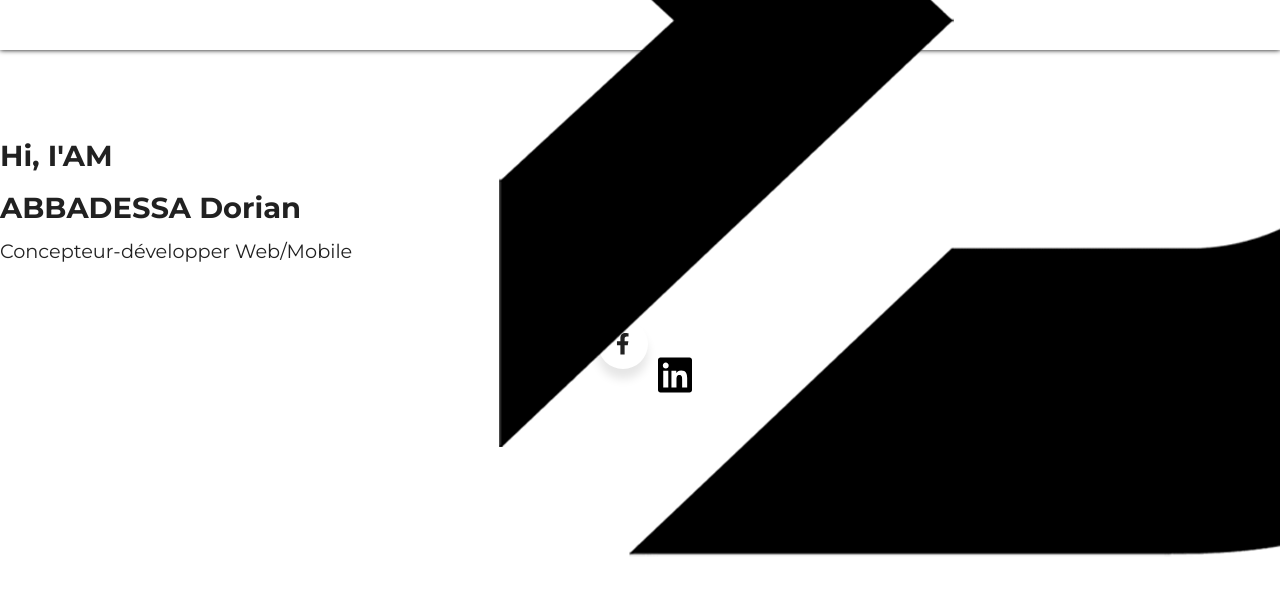
Repository: DorianABDS/Portfolio-ABBADESSA-Dorian
Page: index.html
The author's editor kept a copy of each file at every save. The page is drawn from the files as they stood at one save, then again after the next save.
The browser window is 1280 px wide. The pictures show the window.
A layer covers the whole window, so only the first screen is drawn.

Above is the page before, as saved 2024-11-27 23:02:20.

### index.html
<!DOCTYPE html>
<html lang="fr">
<head>
    <meta charset="UTF-8">
    <meta name="viewport" content="width=device-width, initial-scale=1.0">
    <meta charset="UTF-8">
    <meta name="viewport" content="width=device-width, initial-scale=1.0">
    <meta name="keywords" content="Portfolio, ABBADESSA Dorian, Web developper">
    <title>ABBADESSA Dorian - Portfolio</title>
    <link rel="shortcute icon" href="/src/img/Logo Div.png">
    <link rel="stylesheet" href="style.css">
</head>
<body>
    <header class="header">
        <nav class="navbar">
            <a href="index.html" class="logo"><img src="/src/img/Logo plat Div noir.png" alt=""></a>
            <div class="nav-links">
                <ul>
                    <li><a href="index.html">Accueil</a></li>
                    <li><a href="articles.html">Articles</a></li>
                    <li><a href="apropos.html">À propos</a></li>
                    <li><a href="contact.html">Contact</a></li>
                </ul>
            </div>
            <img src="/src/img/bars-solid.svg" alt="menu hamburger" class="menu-hamburger">
        </nav>
        <!-- <div class="social">
            <a href="#" title="Facebook"><img src="/src/img/icone Github.png" alt=""></a>
            <a href="#" title="Twitter"><img src="src/img/icone Linkedin.png" alt=""></a>
        </div> -->
    </header>
    <main>
        <section class="accueil">
            <div class="container-accueil">
                <h2>Hi, I'AM</h2>
                <h1><span>ABBADESSA Dorian</span></h1>
                <p>Concepteur-développer Web/Mobile</p>
                <div class="social">
                  <ul class="wrapper">
                    <li class="icon facebook">
                      <span class="tooltip">Facebook</span>
                      <svg
                        viewBox="0 0 320 512"
                        height="1.2em"
                        fill="currentColor"
                        xmlns="http://www.w3.org/2000/svg"
                      >
                        <path
                          d="M279.14 288l14.22-92.66h-88.91v-60.13c0-25.35 12.42-50.06 52.24-50.06h40.42V6.26S260.43 0 225.36 0c-73.22 0-121.08 44.38-121.08 124.72v70.62H22.89V288h81.39v224h100.17V288z"
                        ></path>
                      </svg>
                    </li>
                    <li class="icon-linkedin">
                      <span class="tooltip">Twitter</span>
                      <svg
                        height="1.8em"
                        fill="currentColor"
                        viewBox="0 0 48 48"
                        class="linkedin">
                        <img src="/src/img/linkedin-brands-solid.svg" alt="">
                      </svg>
                    </li>
                  </ul>
        </section>
        <section class="about-me">
            <div class="container-about-me">
                <h2>Présentation</h2>
                <h1><span>À propos de moi</span></h1>
            </div>
            <div class="card-about-me"></div>
            <div class="texte-about-me"><p>🌍 Étudiant en première année de <span>bachelor en développement web</span> à <span>LaPlateforme</span> à Martigues, étant très <span>créatif</span> et <span>optimiste</span>
              <br>
              🎯 Mon <span>objectif</span> est de rechercher une <span>alternance</span> dans le but de perfectionner mes <span>compétences techniques</span> en développement web et mobile, en vue de mettre en pratique ces compétences pour  concevoir des interfaces modernes, fonctionnelles et adaptées aux besoins des utilisateurs. J’ai pour <span>objectif</span> de devenir un <span>concepteur d’application web et mobile</span>.
              <br>
              🧠 J’aime partager mes <span>connaissances</span>, travailler sur tout type de <span>projets</span> ainsi que mener à bien les <span>missions</span> qui me sont <span>confiés</span>.
              <br>
              Bienvenue sur mon <span>portfolio</span>, je vous y invite et vous ouvres les portes de mon <span>univer</span>.
              </p></div>
        </section>
        <button class="button-cv">
            <svg
                width="24"
                height="24"
                viewBox="0 0 24 24"
                fill="none"
                xmlns="http://www.w3.org/2000/svg"
                >
                <path
                    d="M11 5C11 4.44772 11.4477 4 12 4C12.5523 4 13 4.44772 13 5V12.1578L16.2428 8.91501L17.657 10.3292L12.0001 15.9861L6.34326 10.3292L7.75748 8.91501L11 12.1575V5Z"
                    fill="currentColor"
                />
                <path
                    d="M4 14H6V18H18V14H20V18C20 19.1046 19.1046 20 18 20H6C4.89543 20 4 19.1046 4 18V14Z"
                    fill="currentColor"
                />
                </svg>
            Download CV
          </button>
    </div>
    </main>
</body>
<script>
    const menuHamburger = document.querySelector(".menu-hamburger")
    const navLinks = document.querySelector(".nav-links")

    menuHamburger.addEventListener('click',()=>{
    navLinks.classList.toggle('mobile-menu')
    })
</script>
</html>

### style.css
@font-face {
    font-family: "Montserrat";
    src: url(/src/font/Montserrat-VariableFont_wght.ttf);
}

* {
    margin: 0;
    padding: 0;
    text-decoration: none;
    list-style: none;
    box-sizing: border-box;

}

html, body {
    font-size: 19.3px;
    color: rgba(0, 0, 0, .87);
    background-color: #fff;
    font-family: "Montserrat", sans-serif;
    line-height: 1.8;
    font-weight: 400;
}

.navbar {
    background: rgb(255, 255, 255);
    box-shadow: 0 0 5px rgb(0, 0, 0);;
    top: 0;
    left: 0;
    height: 50px;
    width: auto;
    position: fixed;
    padding-left: 30px;
    padding-right: 61px;
    width: 100%;
    display: flex;
    justify-content: space-between;
    align-items: center;
    z-index: 100;
}

.navbar a {
    color: #292929;
    font-weight: 700;
    display: inline;
}

.navbar .nav-links ul li a::after {
    content: "";
    display: block;
    height: 2px;
    background: rgb(255, 255, 255);
    transform: scale(0);
    transition: transform 0.2s ease-in-out;
}

.navbar .nav-links ul li a:hover::after {
    transform: scale(1);
}

.navbar .logo {
    transform: none;
    font-weight: 700;
}

.navbar .nav-links ul {
    display: flex;
    align-items: center;
}

.navbar .nav-links ul li {
    display: flex;
    margin: 0 25px;
}

.navbar .nav-links ul li img {
    display: flex;
    padding: -20px;
    margin-left: -23px;
}

.navbar .menu-hamburger {
    display: none;
    position: absolute;
    top: 8px;
    right: 30px;
    width: 30px;
}

.accueil {
    padding-top: 80px;
    margin-top: 50px;
    width: 100%;
    height: 100vh;
}

.button-cv {
    border: none;
    display: flex;
    margin-right: 20px;
    padding: 0.75rem 1.5rem;
    background: linear-gradient(90deg, rgba(255,50,50,1) 0%, rgba(255,136,0,1) 100%);
    color: #ffffff;
    font-size: 0.75rem;
    line-height: 1rem;
    font-weight: 700;
    text-align: center;
    cursor: pointer;
    text-transform: uppercase;
    vertical-align: middle;
    align-items: center;
    border-radius: 0.5rem;
    user-select: none;
    gap: 0.75rem;
    box-shadow:
      0 4px 6px -1px #488aec31,
      0 2px 4px -1px #488aec17;
    transition: all 0.6s ease;
  }

  .button-cv:hover {
    box-shadow:
      0 10px 15px -3px #488aec4f,
      0 4px 6px -2px #488aec17;
  }

  .button-cv:focus,
  .button-cv:active {
    opacity: 0.85;
    box-shadow: none;
  }

  .button-cv svg {
    width: 1.25rem;
    height: 1.25rem;
  }

.about-me {
    display: flex;
    justify-content: center;
    text-align: center;
  }

  .wrapper {
    display: inline-flex;
    list-style: none;
    height: 120px;
    width: 100%;
    padding-top: 40px;
    font-family: "Poppins", sans-serif;
    justify-content: center;
  }

  .wrapper .icon {
    position: relative;
    background: #fff;
    border-radius: 50%;
    margin: 10px;
    width: 50px;
    height: 50px;
    font-size: 18px;
    display: flex;
    justify-content: center;
    align-items: center;
    flex-direction: column;
    box-shadow: 0 10px 10px rgba(0, 0, 0, 0.1);
    cursor: pointer;
    transition: all 0.2s cubic-bezier(0.68, -0.55, 0.265, 1.55);
  }

  .wrapper .tooltip {
    position: absolute;
    top: 0;
    font-size: 14px;
    background: #fff;
    color: #fff;
    padding: 5px 8px;
    border-radius: 5px;
    box-shadow: 0 10px 10px rgba(0, 0, 0, 0.1);
    opacity: 0;
    pointer-events: none;
    transition: all 0.3s cubic-bezier(0.68, -0.55, 0.265, 1.55);
  }

  .wrapper .tooltip::before {
    position: absolute;
    content: "";
    height: 8px;
    width: 8px;
    background: #fff;
    bottom: -3px;
    left: 50%;
    transform: translate(-50%) rotate(45deg);
    transition: all 0.3s cubic-bezier(0.68, -0.55, 0.265, 1.55);
  }

  .wrapper .icon:hover .tooltip {
    top: -45px;
    opacity: 1;
    visibility: visible;
    pointer-events: auto;
  }

  .wrapper .icon:hover span,
  .wrapper .icon:hover .tooltip {
    text-shadow: 0px -1px 0px rgba(0, 0, 0, 0.1);
  }

  .wrapper .facebook:hover,
  .wrapper .facebook:hover .tooltip,
  .wrapper .facebook:hover .tooltip::before {
    background: #1877f2;
    color: #fff;
  }

  .wrapper .twitter:hover,
  .wrapper .twitter:hover .tooltip,
  .wrapper .twitter:hover .tooltip::before {
    background: #1da1f2;
    color: #fff;
  }

  .wrapper .instagram:hover,
  .wrapper .instagram:hover .tooltip,
  .wrapper .instagram:hover .tooltip::before {
    background: #e4405f;
    color: #fff;
  }

@media  screen and (max-width: 814px) {
    html, body {
        padding: 0 20px;
    }

    .navbar .menu-hamburger {
        display: block;
    }

    .nav-links.mobile-menu {
        margin-left: 0;
    }

    .navbar {
        padding: 0;
    }

    .navbar .logo {
        padding-left: 20px;
    }

    .navbar .logo img {
        display: flex;
        align-items: center;
        width: 50px;
    }

    .nav-links {
        position: absolute;
        background-color: #ffffff90;
        backdrop-filter: blur(8px);
        top: 0;
        left: 0;
        width: 100%;
        height: 100vh;
        display: flex;
        justify-content: center;
        align-items: center;
        margin-left: 100%;
        transition: all 0.5s ease;
    }

    .nav-links ul {
        display: flex;
        flex-direction: column;
        align-items: center;
    }

    .navbar .nav-links ul li {
        margin: 15px 0;
        font-size: 1.2em;
    }

    .accueil {
        height: 100%;
    }

    .accueil h2 {
        font-size: 22px;
        font-weight: 600;
        color: #292929;
    }

    .accueil h1 {
        display: inline-block;
        line-height: 100%;
        font-size: 40px;
        letter-spacing: -2px;
        font-weight: 800;
        background: linear-gradient(90deg, rgba(255,50,50,1) 0%, rgba(255,136,0,1) 100%);
        -webkit-background-clip: text;
        -webkit-text-fill-color: transparent;
    }

    .accueil p {
        height: 80px;
        line-height: 150%;
        margin-bottom: 80px;
    }

    .social {
        display: flex;
        justify-content: center;
    }

    .social a {
        display: flex;
        justify-content: center;
        margin: 0 10px;
        width: 30px;
    }

    .container-accueil img {
        height: 30px;
    }

    .container-about-me h1 {
        font-size: 12;
        background: linear-gradient(90deg, rgba(255,50,50,1) 0%, rgba(255,136,0,1) 100%);
        -webkit-background-clip: text;
        -webkit-text-fill-color: transparent;
    }

    .container-about-me h2 {
        line-height: 5px;
        font-size: 16px;
    }

    .about-me {
        height: 100%;
        display: flex;
        align-items: center;
        flex-direction: column;
        padding-top: 300px;
    }

    .card-about-me {
        box-sizing: border-box;
        width: 300px;
        height: 500px;
        background: rgba(217, 217, 217, 0.58);
        border: 1px solid white;
        box-shadow: 12px 17px 51px rgba(0, 0, 0, 0.22);
        backdrop-filter: blur(6px);
        border-radius: 0.5rem;
        text-align: center;
        cursor: pointer;
        transition: all 0.5s;
        display: flex;
        align-items: center;
        justify-content: center;
        user-select: none;
        font-weight: bolder;
        color: black;
    }

    .card-about-me img {
        height: 500px;
    }

    .about-me p {
        font-size: 16px;
        margin-top: 30px;
        text-align: start;

    }

    .about-me p span {
        margin-top: 30px;
        background: linear-gradient(90deg, rgba(255,50,50,1) 0%, rgba(255,136,0,1) 100%);
        -webkit-background-clip: text;
        -webkit-text-fill-color: transparent;
    }

    .wrapper {
        padding-top: 0;
        display: flex;
        justify-content: flex-start;
    }

    .button-cv {
        margin-top: 30px;
    }

    .card-about-me {
        margin: 30px 0;
    }
}

### src/img/bars-solid.svg
<svg xmlns="http://www.w3.org/2000/svg" viewBox="0 0 448 512" fill="#353535"><!--!Font Awesome Free 6.7.0 by @fontawesome - https://fontawesome.com License - https://fontawesome.com/license/free Copyright 2024 Fonticons, Inc.--><path d="M0 96C0 78.3 14.3 64 32 64l384 0c17.7 0 32 14.3 32 32s-14.3 32-32 32L32 128C14.3 128 0 113.7 0 96zM0 256c0-17.7 14.3-32 32-32l384 0c17.7 0 32 14.3 32 32s-14.3 32-32 32L32 288c-17.7 0-32-14.3-32-32zM448 416c0 17.7-14.3 32-32 32L32 448c-17.7 0-32-14.3-32-32s14.3-32 32-32l384 0c17.7 0 32 14.3 32 32z"/></svg>

### src/img/linkedin-brands-solid.svg
<svg xmlns="http://www.w3.org/2000/svg" viewBox="0 0 448 512" fill="#292929"><!--!Font Awesome Free 6.7.1 by @fontawesome - https://fontawesome.com License - https://fontawesome.com/license/free Copyright 2024 Fonticons, Inc.--><path fill="#000000" d="M416 32H31.9C14.3 32 0 46.5 0 64.3v383.4C0 465.5 14.3 480 31.9 480H416c17.6 0 32-14.5 32-32.3V64.3c0-17.8-14.4-32.3-32-32.3zM135.4 416H69V202.2h66.5V416zm-33.2-243c-21.3 0-38.5-17.3-38.5-38.5S80.9 96 102.2 96c21.2 0 38.5 17.3 38.5 38.5 0 21.3-17.2 38.5-38.5 38.5zm282.1 243h-66.4V312c0-24.8-.5-56.7-34.5-56.7-34.6 0-39.9 27-39.9 54.9V416h-66.4V202.2h63.7v29.2h.9c8.9-16.8 30.6-34.5 62.9-34.5 67.2 0 79.7 44.3 79.7 101.9V416z"/></svg>

After the next save:
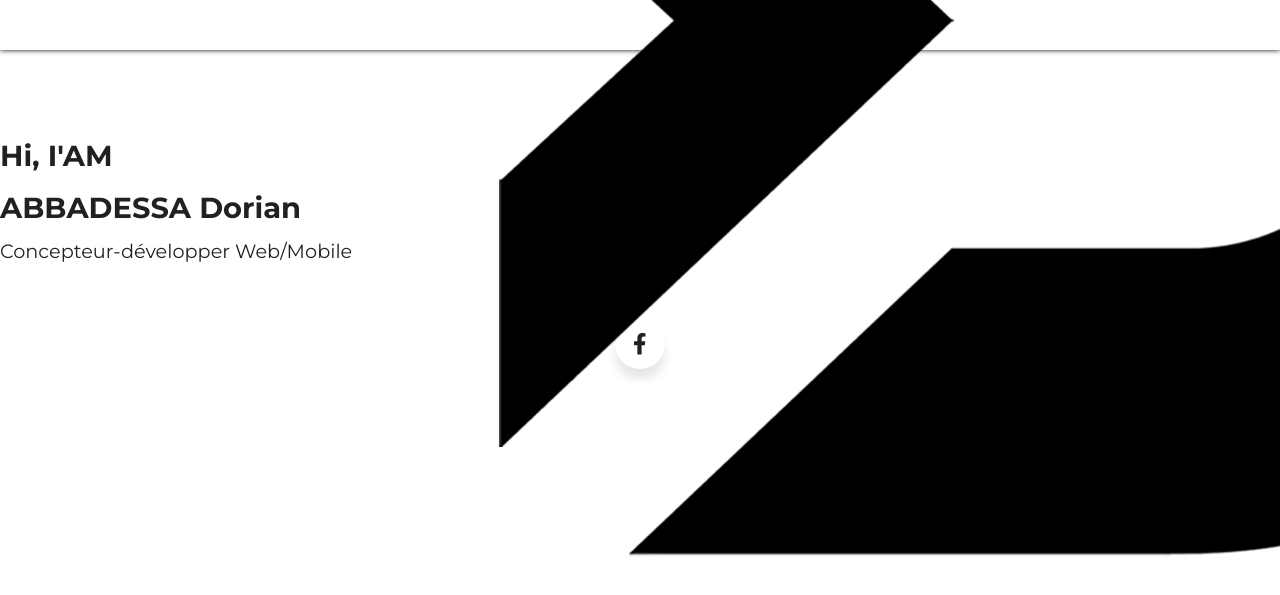
Saved 8 s later.
--- a/index.html
+++ b/index.html
@@ -53,7 +53,6 @@
                     <li class="icon-linkedin">
                       <span class="tooltip">Twitter</span>
                       <svg
-                        height="1.8em"
                         fill="currentColor"
                         viewBox="0 0 48 48"
                         class="linkedin">
